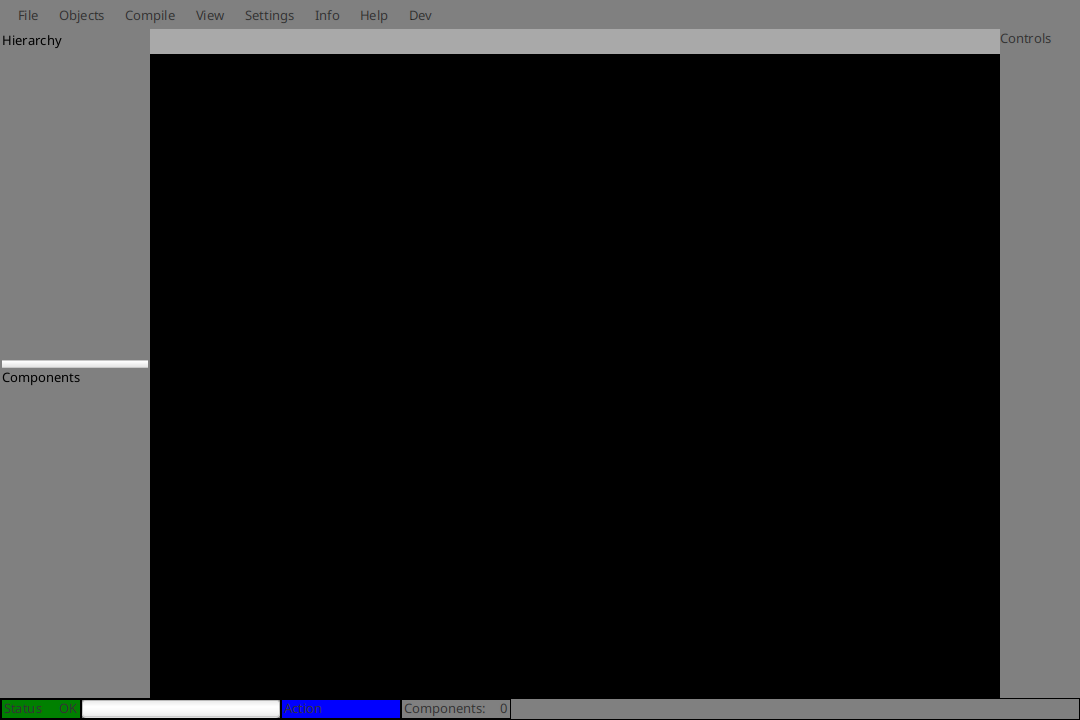
Repository: knoxaramav2/Sapa
Program's window: java nSketch/nSketch/src/system/Launcher.java
An editor plug-in stored every save of this project. The program's window is shown before and after the next save, followed by the edit.
It runs on Java 21 on a 1366 x 768 screen with JavaFX 11; the title bar is not drawn.

Above is the program's window before, as saved 2016-02-29 04:05:25.

After the next save:
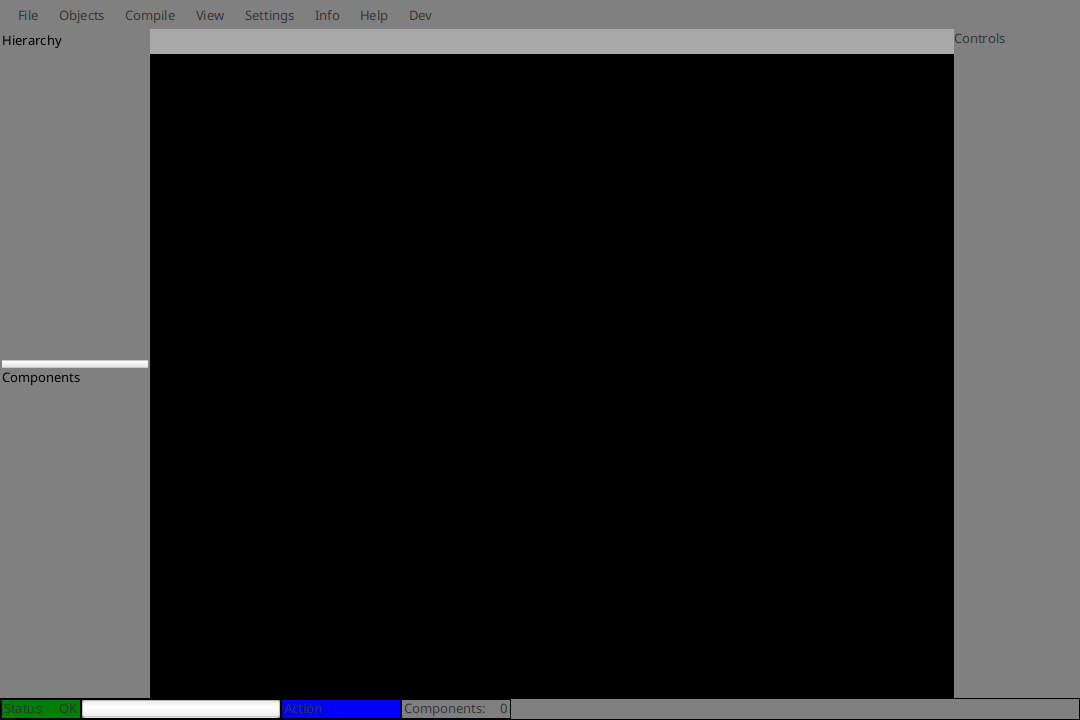
Saved 6 s later.
--- a/nSketch/nSketch/src/gui/Layout.fxml
+++ b/nSketch/nSketch/src/gui/Layout.fxml
@@ -135,7 +135,7 @@
 		</VBox>
 	</center>
 	<right>
-		<VBox style="-fx-background-color:gray" prefWidth="80">
+		<VBox style="-fx-background-color:gray" prefWidth="126">
 			<Label text="Controls"/>
 		</VBox>
 	</right>
